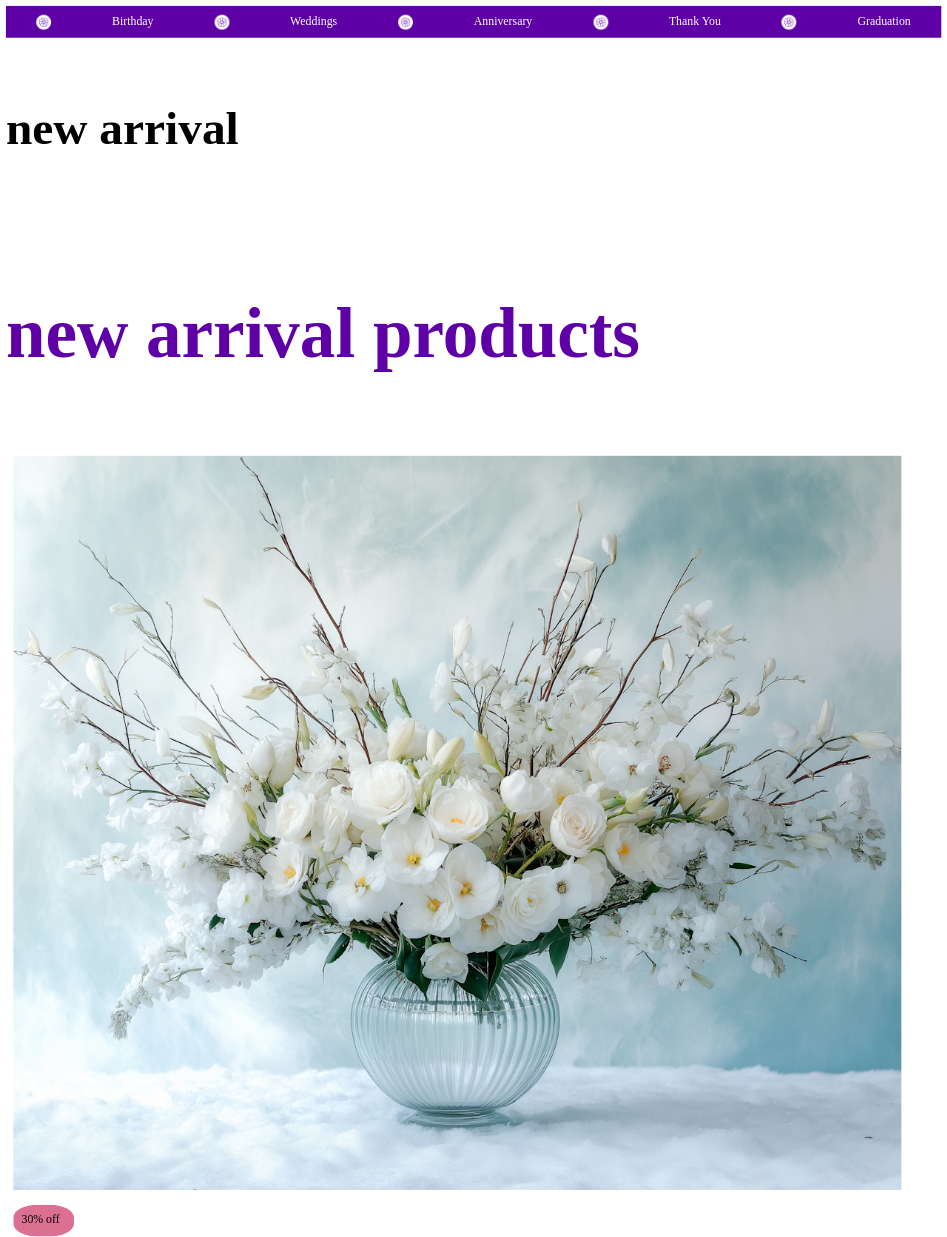
Repository: KolawoleTemilade/classroom-learning
Page: newarrival/index.html
The author's editor kept a copy of each file at every save. The page is drawn from the files as they stood at one save, then again after a run of saves.
The browser window is 1280 px wide. The pictures show the whole page, at 74% of full size.

Above is the page before, as saved 2025-10-01 18:06:17.

After the next 3 saves:
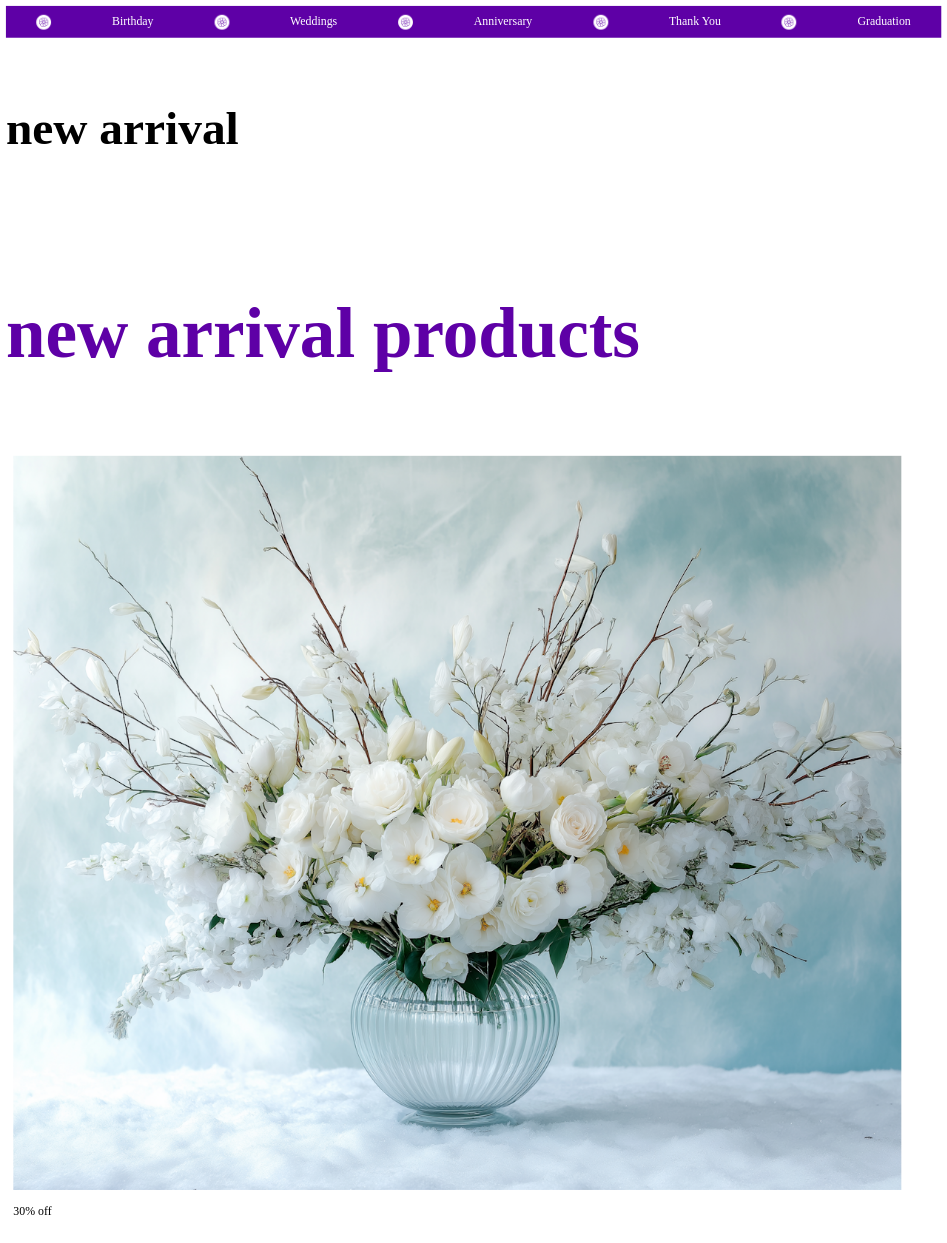
The 3 saves are shown as one change because they came seconds apart.
The last was saved 8 s later.
--- a/newarrival/style.css
+++ b/newarrival/style.css
@@ -33,9 +33,9 @@
     background: white;
 }
 .img-sect {
-
     position: relative;
 }
+.a
 .slash {
     position: absolute;
     top: left;

After the 3 saves that followed:
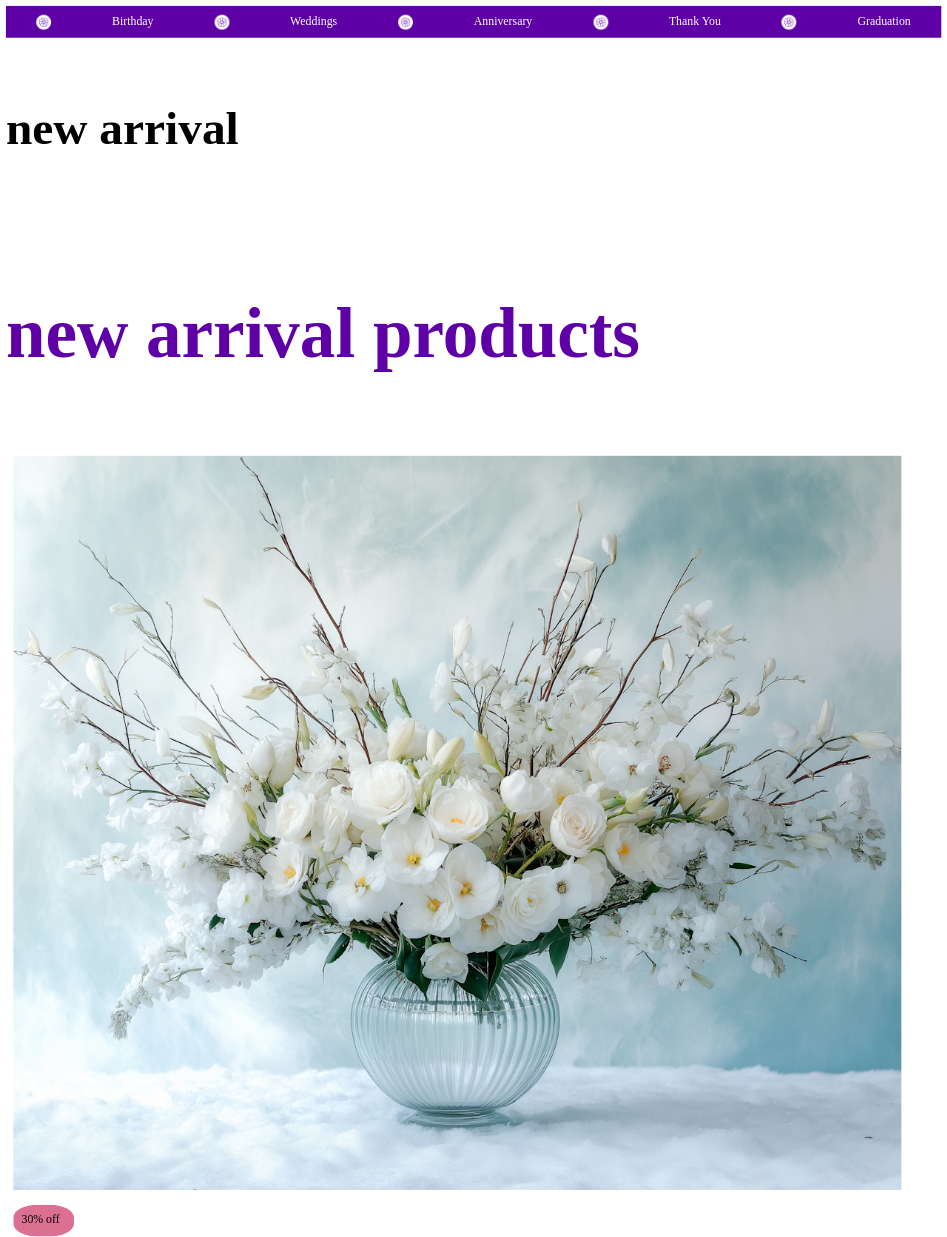
The 3 saves are shown as one change because they came seconds apart.
The last was saved 11 s later.
--- a/newarrival/style.css
+++ b/newarrival/style.css
@@ -35,7 +35,9 @@
 .img-sect {
     position: relative;
 }
-.a
+.absolute-container{
+
+}
 .slash {
     position: absolute;
     top: left;
